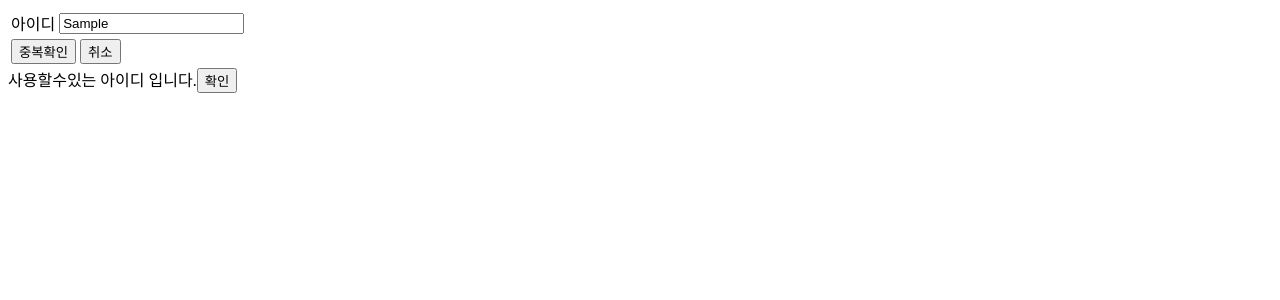
Repository: sunghyun-biblee/LearnSpace
Page: 4_UI/JS_Test/WebContent/js16_window03.html
The author's editor kept a copy of each file at every save. The page is drawn from the files as they stood at one save, then again after the next save.
The browser window is 1280 px wide. The pictures show the whole page.
Empty fields were first filled with sample values (such as "Sample", 5 or name@example.com).
After loading, the first visible `input[onclick="confirmChk();"]` was clicked once.

Above is the page before, as saved 2023-10-26 05:35:49.

After the next save:
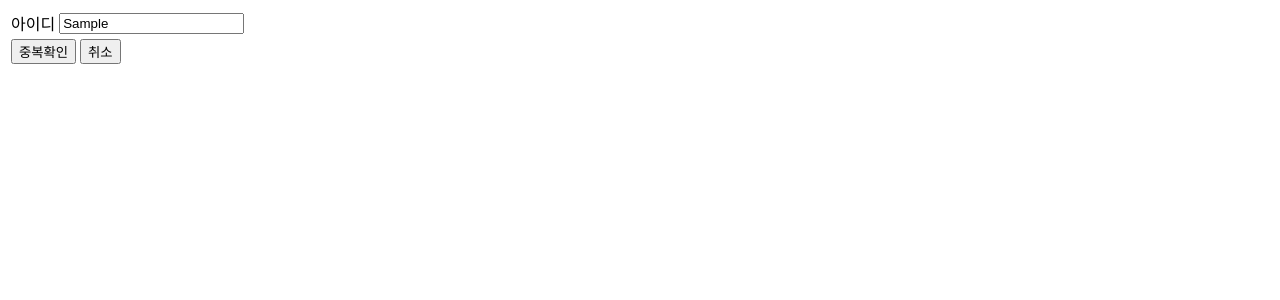
Console error: TypeError: Cannot read properties of null (reading 'value')
Saved 45 s later.
--- a/4_UI/JS_Test/WebContent/js16_window03.html
+++ b/4_UI/JS_Test/WebContent/js16_window03.html
@@ -5,10 +5,10 @@
 <title>Insert title here</title>
 <script type="text/javascript">
 	const ids=["multi","java","script","biblee","sunghyun"]
-
+	let id = document.getElementById("id").value;
 	function confirmChk(){
 		// 입력한 id 값
-		let id = document.getElementById("id").value;
+
 		console.log(document.getElementById("id").value);
 		console.log(id);
 		// 메세지를 출력할 div태그 선택

After the 4 saves that followed:
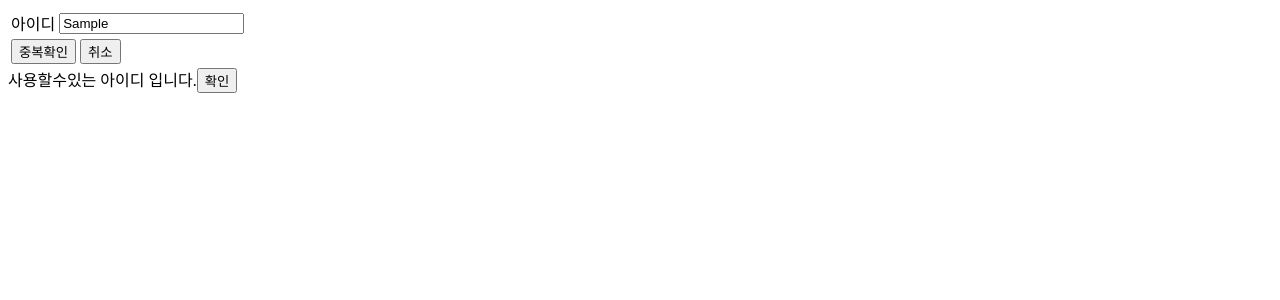
The error is gone.
The 4 saves are shown as one change because 2 left the picture as it was and some came seconds apart.
The last was saved 106 s later.
--- a/4_UI/JS_Test/WebContent/js16_window03.html
+++ b/4_UI/JS_Test/WebContent/js16_window03.html
@@ -5,11 +5,10 @@
 <title>Insert title here</title>
 <script type="text/javascript">
 	const ids=["multi","java","script","biblee","sunghyun"]
-	let id = document.getElementById("id").value;
+
 	function confirmChk(){
 		// 입력한 id 값
-
-		console.log(document.getElementById("id").value);
+		let id = document.getElementById("id").value;
 		console.log(id);
 		// 메세지를 출력할 div태그 선택
 		let div = document.getElementsByTagName("div")[0];
